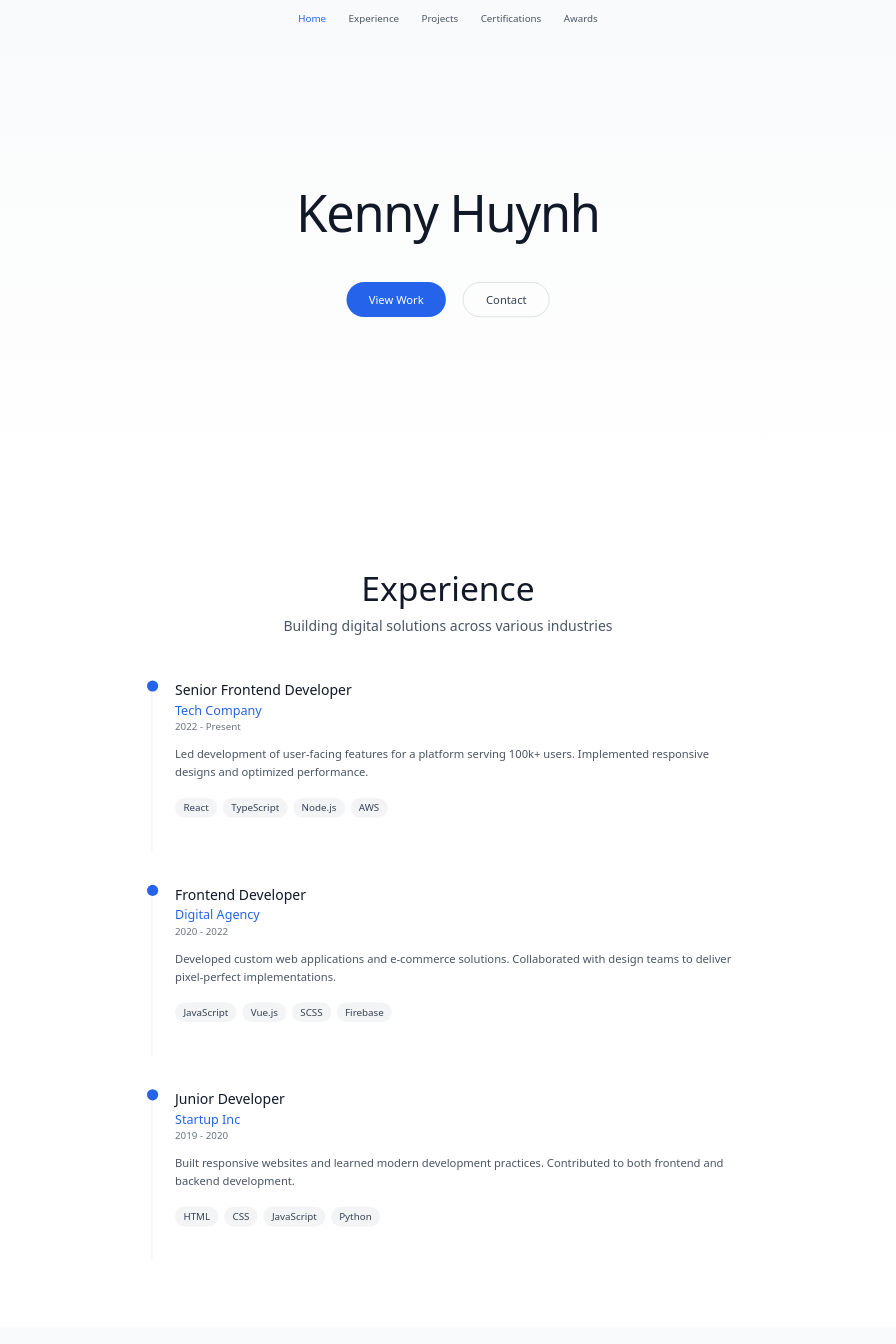
Repository: kennyhuynhhh/kenny_website
Page: /
These files come from the project's save history. The page is drawn as it stood at one moment and after the next save; the edit follows.
The browser window is 1280 px wide. The pictures show the part of the page from y = 0 to 1920 px (the page is 4321 px tall), at 70% of full size.
The project was rebuilt for these pictures with package versions that can differ from the ones it lists, and the page was loaded fresh each time. Also part of the build but not shown: vite.config.ts.

Above is the page before, as saved 2025-07-20 17:01:04.

### index.html
<!doctype html>
<html lang="en">
  <head>
    <meta charset="UTF-8" />
    <!-- <link rel="icon" type="image/svg+xml" href="/vite.svg" /> -->
    <meta name="viewport" content="width=device-width, initial-scale=1.0" />
    <title>Minimalistic Apple-Inspired Portfolio</title>
  </head>
  <body>
    <div id="root"></div>
    <script type="module" src="/src/main.tsx"></script>
  </body>
</html>

### src/App.tsx
import React from 'react';
import Navigation from './components/Navigation';
import Hero from './components/Hero';
import Experience from './components/Experience';
import Projects from './components/Projects';
import Certifications from './components/Certifications';
import Awards from './components/Awards';

function App() {
  return (
    <div className="min-h-screen bg-white">
      <Navigation />
      <Hero />
      <Experience />
      <Projects />
      <Certifications />
      <Awards />
    </div>
  );
}

export default App;

### src/components/Navigation.tsx
import React, { useState, useEffect } from 'react';

const Navigation = () => {
  const [activeSection, setActiveSection] = useState('home');
  const [isScrolled, setIsScrolled] = useState(false);

  const sections = [
    { id: 'home', label: 'Home' },
    { id: 'experience', label: 'Experience' },
    { id: 'projects', label: 'Projects' },
    { id: 'certifications', label: 'Certifications' },
    { id: 'awards', label: 'Awards' },
  ];

  useEffect(() => {
    const handleScroll = () => {
      setIsScrolled(window.scrollY > 50);

      // Update active section based on scroll position
      const sectionElements = sections.map(section =>
        document.getElementById(section.id)
      );

      const currentSection = sectionElements.find(element => {
        if (element) {
          const rect = element.getBoundingClientRect();
          return rect.top <= 100 && rect.bottom >= 100;
        }
        return false;
      });

      if (currentSection) {
        setActiveSection(currentSection.id);
      }
    };

    window.addEventListener('scroll', handleScroll);
    return () => window.removeEventListener('scroll', handleScroll);
  }, []);

  const scrollToSection = (sectionId: string) => {
    const element = document.getElementById(sectionId);
    if (element) {
      element.scrollIntoView({ behavior: 'smooth' });
    }
  };

  return (
    <nav className={`fixed top-0 left-0 right-0 z-50 transition-all duration-300 ${
      isScrolled ? 'bg-white/80 backdrop-blur-md shadow-sm' : 'bg-transparent'
    }`}>
      <div className="max-w-6xl mx-auto px-6 py-4">
        <div className="flex justify-center">
          <div className="flex space-x-8">
            {sections.map((section) => (
              <button
                key={section.id}
                onClick={() => scrollToSection(section.id)}
                className={`text-sm font-medium transition-all duration-200 hover:text-blue-600 ${
                  activeSection === section.id
                    ? 'text-blue-600'
                    : 'text-gray-600'
                }`}
              >
                {section.label}
              </button>
            ))}
          </div>
        </div>
      </div>
    </nav>
  );
};

export default Navigation;

### src/components/Hero.tsx
import React from 'react';

const Hero = () => {
  return (
    <section id="home" className="min-h-screen flex items-center justify-center bg-gradient-to-b from-gray-50 to-white">
      <div className="max-w-4xl mx-auto px-6 text-center">
        <div className="space-y-8">
          <div className="space-y-4">
            <h1 className="text-5xl md:text-7xl font-light text-gray-900 tracking-tight">
              Kenny Huynh
            </h1>
            <p className="text-xl md:text-2xl text-gray-600 font-light max-w-2xl mx-auto">

            </p>
          </div>

          <div className="flex justify-center space-x-6 pt-8">
            <button className="bg-blue-600 text-white px-8 py-3 rounded-full hover:bg-blue-700 transition-colors duration-200 font-medium">
              View Work
            </button>
            <button className="border border-gray-300 text-gray-700 px-8 py-3 rounded-full hover:border-gray-400 transition-colors duration-200 font-medium">
              Contact
            </button>
          </div>
        </div>
      </div>
    </section>
  );
};

export default Hero;

### src/components/Experience.tsx
import React from 'react';

const Experience = () => {
  const experiences = [
    {
      role: "Senior Frontend Developer",
      company: "Tech Company",
      period: "2022 - Present",
      description: "Led development of user-facing features for a platform serving 100k+ users. Implemented responsive designs and optimized performance.",
      technologies: ["React", "TypeScript", "Node.js", "AWS"]
    },
    {
      role: "Frontend Developer",
      company: "Digital Agency",
      period: "2020 - 2022",
      description: "Developed custom web applications and e-commerce solutions. Collaborated with design teams to deliver pixel-perfect implementations.",
      technologies: ["JavaScript", "Vue.js", "SCSS", "Firebase"]
    },
    {
      role: "Junior Developer",
      company: "Startup Inc",
      period: "2019 - 2020",
      description: "Built responsive websites and learned modern development practices. Contributed to both frontend and backend development.",
      technologies: ["HTML", "CSS", "JavaScript", "Python"]
    }
  ];

  return (
    <section id="experience" className="py-24 bg-white">
      <div className="max-w-4xl mx-auto px-6">
        <div className="text-center mb-16">
          <h2 className="text-4xl md:text-5xl font-light text-gray-900 mb-4">
            Experience
          </h2>
          <p className="text-xl text-gray-600 font-light">
            Building digital solutions across various industries
          </p>
        </div>

        <div className="space-y-12">
          {experiences.map((exp, index) => (
            <div key={index} className="group">
              <div className="border-l-2 border-gray-100 pl-8 pb-12 relative">
                <div className="absolute -left-2 top-0 w-4 h-4 bg-blue-600 rounded-full"></div>

                <div className="space-y-4">
                  <div>
                    <h3 className="text-xl font-medium text-gray-900">{exp.role}</h3>
                    <p className="text-lg text-blue-600 font-medium">{exp.company}</p>
                    <p className="text-sm text-gray-500">{exp.period}</p>
                  </div>

                  <p className="text-gray-600 leading-relaxed">
                    {exp.description}
                  </p>

                  <div className="flex flex-wrap gap-2 pt-2">
                    {exp.technologies.map((tech, techIndex) => (
                      <span
                        key={techIndex}
                        className="px-3 py-1 bg-gray-100 text-gray-700 text-sm rounded-full"
                      >
                        {tech}
                      </span>
                    ))}
                  </div>
                </div>
              </div>
            </div>
          ))}
        </div>
      </div>
    </section>
  );
};

export default Experience;

### src/components/Projects.tsx
import React from 'react';
import { ExternalLink, Github } from 'lucide-react';

const Projects = () => {
  const projects = [
    {
      title: "E-Commerce Platform",
      description: "A modern e-commerce solution with real-time inventory management and seamless checkout experience.",
      image: "https://images.pexels.com/photos/230544/pexels-photo-230544.jpeg?auto=compress&cs=tinysrgb&w=800",
      technologies: ["React", "Node.js", "MongoDB", "Stripe"],
      liveUrl: "#",
      githubUrl: "#"
    },
    {
      title: "Dashboard Analytics",
      description: "Interactive dashboard for data visualization with real-time charts and comprehensive reporting features.",
      image: "https://images.pexels.com/photos/590022/pexels-photo-590022.jpeg?auto=compress&cs=tinysrgb&w=800",
      technologies: ["Vue.js", "D3.js", "Express", "PostgreSQL"],
      liveUrl: "#",
      githubUrl: "#"
    },
    {
      title: "Mobile Banking App",
      description: "Secure mobile banking application with biometric authentication and intuitive user interface.",
      image: "https://images.pexels.com/photos/4386321/pexels-photo-4386321.jpeg?auto=compress&cs=tinysrgb&w=800",
      technologies: ["React Native", "Firebase", "Redux", "Expo"],
      liveUrl: "#",
      githubUrl: "#"
    }
  ];

  return (
    <section id="projects" className="py-24 bg-gray-50">
      <div className="max-w-6xl mx-auto px-6">
        <div className="text-center mb-16">
          <h2 className="text-4xl md:text-5xl font-light text-gray-900 mb-4">
            Projects
          </h2>
          <p className="text-xl text-gray-600 font-light">
            Selected works that showcase my development expertise
          </p>
        </div>

        <div className="grid grid-cols-1 md:grid-cols-2 lg:grid-cols-3 gap-8">
          {projects.map((project, index) => (
            <div key={index} className="group bg-white rounded-2xl overflow-hidden shadow-sm hover:shadow-xl transition-all duration-300">
              <div className="aspect-video overflow-hidden">
                <img
                  src={project.image}
                  alt={project.title}
                  className="w-full h-full object-cover group-hover:scale-105 transition-transform duration-300"
                />
              </div>

              <div className="p-6 space-y-4">
                <h3 className="text-xl font-semibold text-gray-900">
                  {project.title}
                </h3>

                <p className="text-gray-600 leading-relaxed">
                  {project.description}
                </p>

                <div className="flex flex-wrap gap-2">
                  {project.technologies.map((tech, techIndex) => (
                    <span
                      key={techIndex}
                      className="px-2 py-1 bg-gray-100 text-gray-700 text-xs rounded-md"
                    >
                      {tech}
                    </span>
                  ))}
                </div>

                <div className="flex space-x-4 pt-2">
                  <a
                    href={project.liveUrl}
                    className="flex items-center space-x-1 text-blue-600 hover:text-blue-700 transition-colors"
                  >
                    <ExternalLink size={16} />
                    <span className="text-sm font-medium">Live Demo</span>
                  </a>
                  <a
                    href={project.githubUrl}
                    className="flex items-center space-x-1 text-gray-600 hover:text-gray-700 transition-colors"
                  >
                    <Github size={16} />
                    <span className="text-sm font-medium">Code</span>
                  </a>
                </div>
              </div>
            </div>
          ))}
        </div>
      </div>
    </section>
  );
};

export default Projects;

### src/components/Certifications.tsx
import React from 'react';
import { Award } from 'lucide-react';

const Certifications = () => {
  const certifications = [
    {
      title: "AWS Certified Solutions Architect",
      issuer: "Amazon Web Services",
      date: "2023",
      credentialId: "AWS-ASA-2023-001"
    },
    {
      title: "Google Cloud Professional Developer",
      issuer: "Google Cloud",
      date: "2022",
      credentialId: "GCP-PD-2022-045"
    },
    {
      title: "Meta Frontend Developer Certificate",
      issuer: "Meta",
      date: "2022",
      credentialId: "META-FE-2022-789"
    },
    {
      title: "Certified Kubernetes Administrator",
      issuer: "Cloud Native Computing Foundation",
      date: "2021",
      credentialId: "CNCF-CKA-2021-567"
    }
  ];

  return (
    <section id="certifications" className="py-24 bg-white">
      <div className="max-w-4xl mx-auto px-6">
        <div className="text-center mb-16">
          <h2 className="text-4xl md:text-5xl font-light text-gray-900 mb-4">
            Certifications
          </h2>
          <p className="text-xl text-gray-600 font-light">
            Professional credentials that validate my expertise
          </p>
        </div>

        <div className="grid grid-cols-1 md:grid-cols-2 gap-6">
          {certifications.map((cert, index) => (
            <div key={index} className="group p-6 border border-gray-200 rounded-xl hover:border-blue-200 hover:shadow-md transition-all duration-200">
              <div className="flex items-start space-x-4">
                <div className="p-2 bg-blue-100 rounded-lg group-hover:bg-blue-200 transition-colors duration-200">
                  <Award size={20} className="text-blue-600" />
                </div>

                <div className="flex-1 space-y-2">
                  <h3 className="font-semibold text-gray-900">
                    {cert.title}
                  </h3>
                  <p className="text-blue-600 font-medium">
                    {cert.issuer}
                  </p>
                  <div className="flex justify-between items-center text-sm text-gray-500">
                    <span>{cert.date}</span>
                    <span className="font-mono">{cert.credentialId}</span>
                  </div>
                </div>
              </div>
            </div>
          ))}
        </div>
      </div>
    </section>
  );
};

export default Certifications;

### src/components/Awards.tsx
import React from 'react';
import { Trophy, Star } from 'lucide-react';

const Awards = () => {
  const awards = [
    {
      title: "Best Innovation Award",
      organization: "Tech Conference 2023",
      description: "Recognized for developing an innovative solution that improved user engagement by 150%",
      year: "2023",
      type: "innovation"
    },
    {
      title: "Employee of the Year",
      organization: "Current Company",
      description: "Outstanding performance and leadership in delivering high-quality projects",
      year: "2022",
      type: "performance"
    },
    {
      title: "Hackathon Winner",
      organization: "Global Developer Challenge",
      description: "First place winner for building a sustainable tech solution in 48 hours",
      year: "2022",
      type: "competition"
    },
    {
      title: "Community Contributor",
      organization: "Open Source Foundation",
      description: "Recognized for significant contributions to open source projects",
      year: "2021",
      type: "community"
    }
  ];

  const getIcon = (type: string) => {
    switch (type) {
      case 'innovation':
        return <Star size={20} className="text-yellow-600" />;
      case 'competition':
        return <Trophy size={20} className="text-blue-600" />;
      default:
        return <Trophy size={20} className="text-green-600" />;
    }
  };

  const getIconBg = (type: string) => {
    switch (type) {
      case 'innovation':
        return 'bg-yellow-100 group-hover:bg-yellow-200';
      case 'competition':
        return 'bg-blue-100 group-hover:bg-blue-200';
      default:
        return 'bg-green-100 group-hover:bg-green-200';
    }
  };

  return (
    <section id="awards" className="py-24 bg-gray-50">
      <div className="max-w-4xl mx-auto px-6">
        <div className="text-center mb-16">
          <h2 className="text-4xl md:text-5xl font-light text-gray-900 mb-4">
            Awards
          </h2>
          <p className="text-xl text-gray-600 font-light">
            Recognition for excellence and innovation in technology
          </p>
        </div>

        <div className="space-y-6">
          {awards.map((award, index) => (
            <div key={index} className="group bg-white p-6 rounded-xl shadow-sm hover:shadow-md transition-all duration-200">
              <div className="flex items-start space-x-4">
                <div className={`p-3 rounded-lg transition-colors duration-200 ${getIconBg(award.type)}`}>
                  {getIcon(award.type)}
                </div>

                <div className="flex-1 space-y-2">
                  <div className="flex justify-between items-start">
                    <h3 className="text-xl font-semibold text-gray-900">
                      {award.title}
                    </h3>
                    <span className="text-sm font-medium text-gray-500 bg-gray-100 px-3 py-1 rounded-full">
                      {award.year}
                    </span>
                  </div>

                  <p className="text-blue-600 font-medium">
                    {award.organization}
                  </p>

                  <p className="text-gray-600 leading-relaxed">
                    {award.description}
                  </p>
                </div>
              </div>
            </div>
          ))}
        </div>
      </div>
    </section>
  );
};

export default Awards;

Loaded but not shown: src/main.tsx (common file); src/index.css (common file); tailwind.config.js (common file)

After the next save:
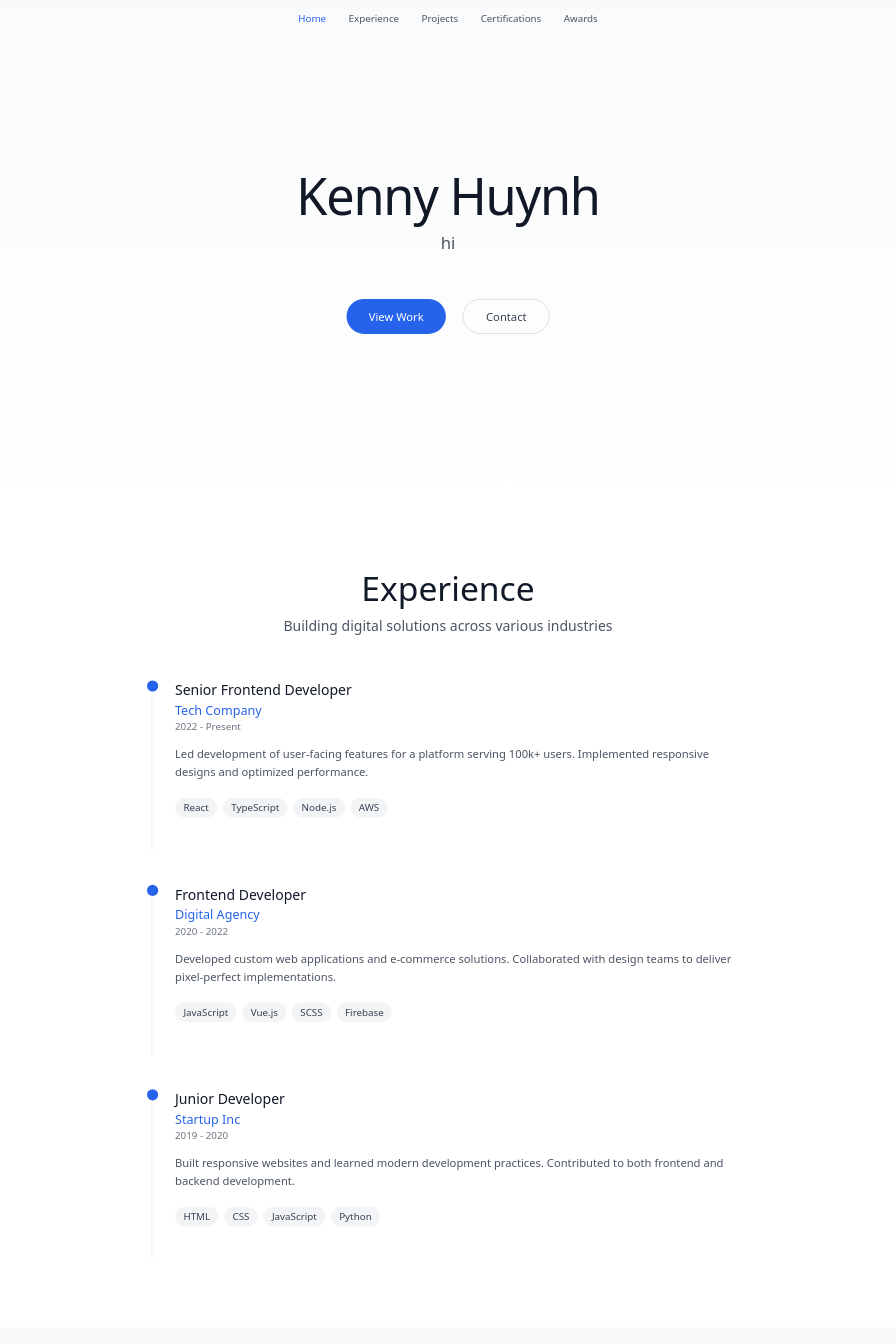
Saved 5 s later.
--- a/src/components/Hero.tsx
+++ b/src/components/Hero.tsx
@@ -10,7 +10,7 @@ const Hero = () => {
               Kenny Huynh
             </h1>
             <p className="text-xl md:text-2xl text-gray-600 font-light max-w-2xl mx-auto">
-
+              hi
             </p>
           </div>
 
